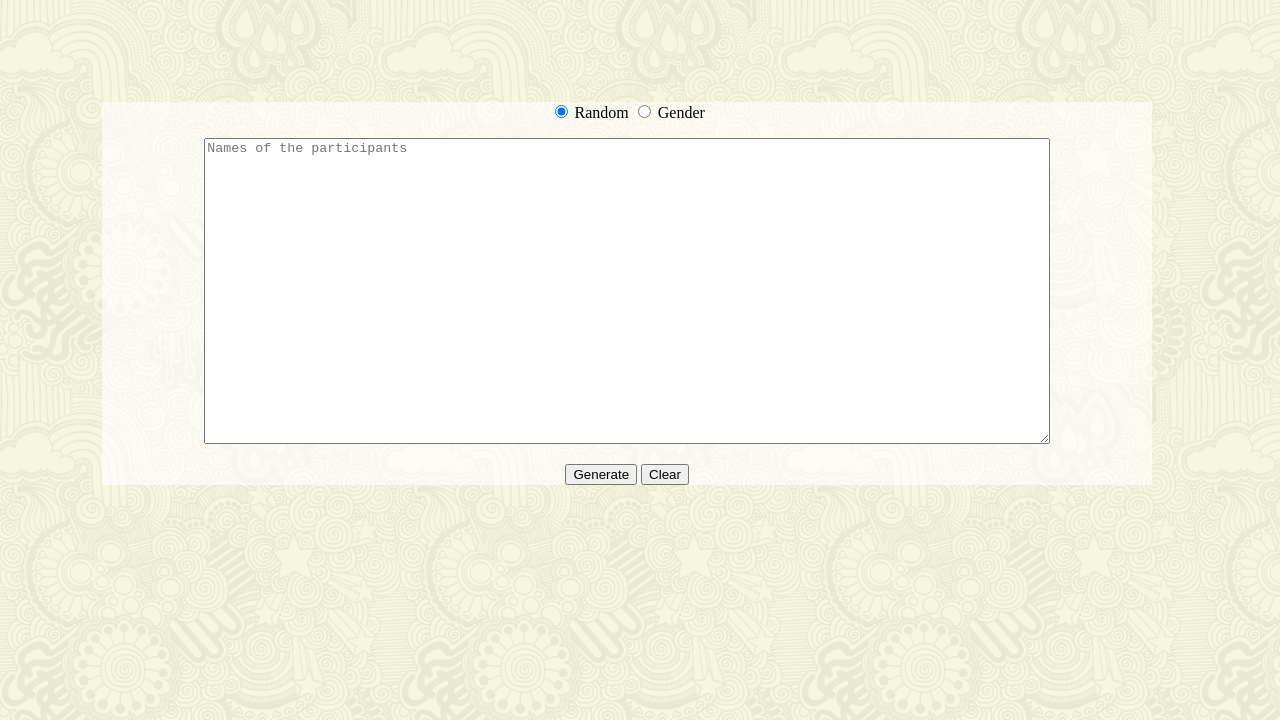
Repository: Maxenboy/Computer-Engineering-BA-A-Web-Programming-with-HTML5-CSS3-and-JavaScript-DT146G
Page: Mittuniversitet/TeamGenerator/index.html
The author's editor kept a copy of each file at every save. The page is drawn from the files as they stood at one save, then again after the next save.
The browser window is 1280 px wide. The pictures show the whole page.

Above is the page before, as saved 2014-09-22 15:12:42.
Console error: ReferenceError: init is not defined

After the next save:
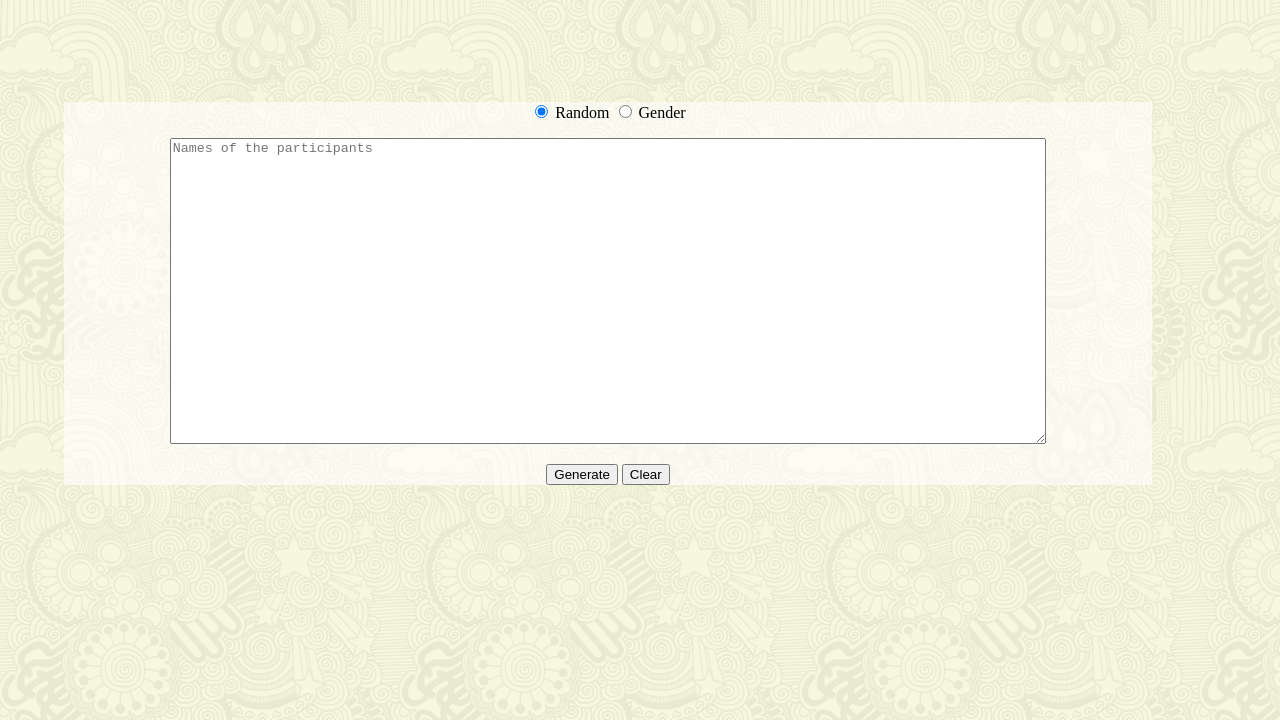
Saved 31 s later.
--- a/Mittuniversitet/TeamGenerator/css/main.css
+++ b/Mittuniversitet/TeamGenerator/css/main.css
@@ -8,7 +8,7 @@
 }
 body {
 	background-color: rgba(255,255,255,.6);
-	margin: 8% 10% 15% 8%;
+	margin: 8% 10% 15% 5%;
 }
 textarea {
 	width: 80%;
